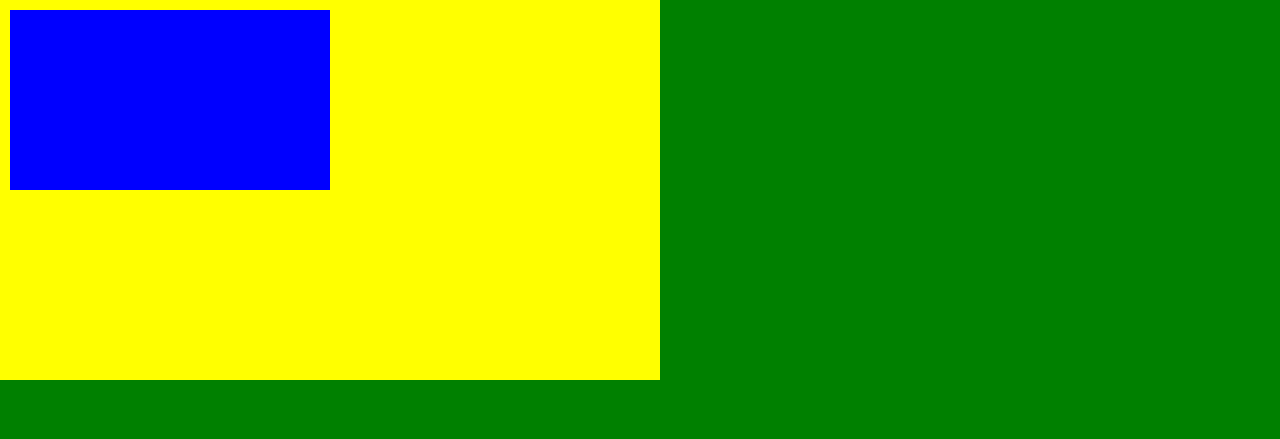
Repository: wonjunknag/kakao-clone
Page: 02-box-model/index.html
The author's editor kept a copy of each file at every save. The page is drawn from the files as they stood at one save, then again after the next save.
The browser window is 1280 px wide. The pictures show the whole page.

Above is the page before, as saved 2020-06-30 23:01:18.

After the next save:
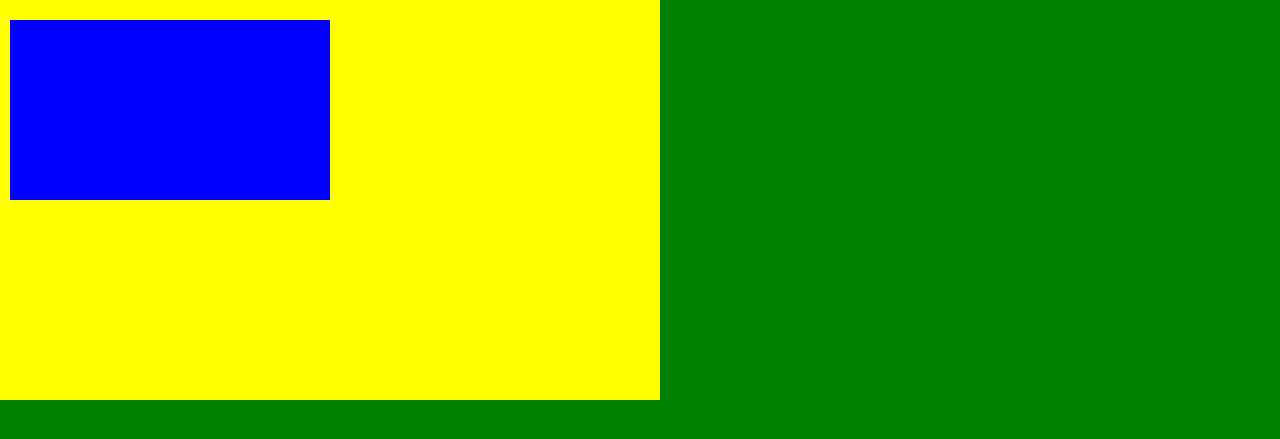
Saved 7 s later.
--- a/02-box-model/index.html
+++ b/02-box-model/index.html
@@ -17,7 +17,7 @@
         background-color: yellow;
         width: 50%;
         height: 50%;
-        padding: 10px;
+        padding: 20px 10px;
       }
       .inside-box {
         background-color: blue;
